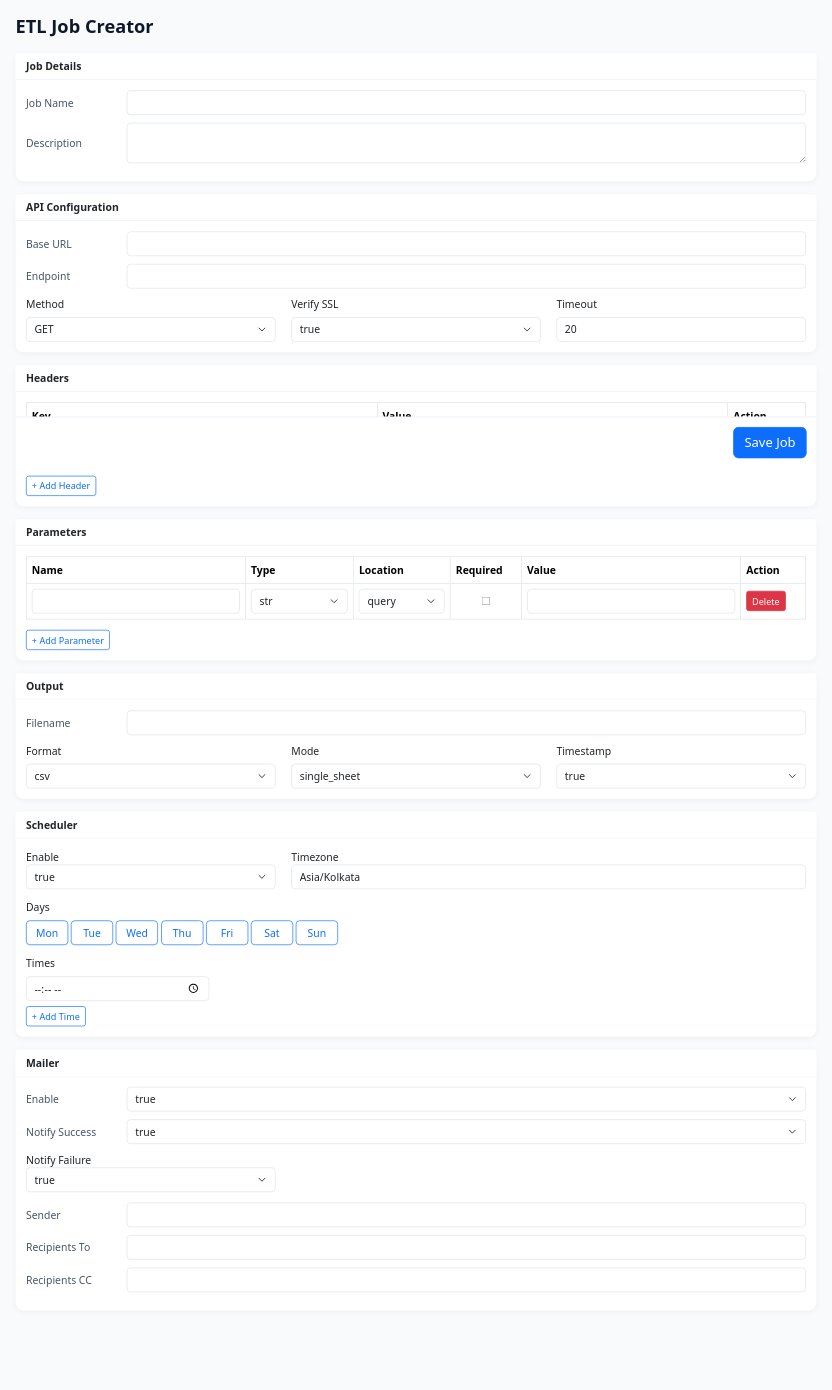
Repository: C0sCube/fetchapi
Page: example.html
The author's editor kept a copy of each file at every save. The page is drawn from the files as they stood at one save, then again after the next save.
The browser window is 1280 px wide. The pictures show the whole page, at 65% of full size.

Above is the page before, as saved 2026-06-09 23:34:35.

After the next save:
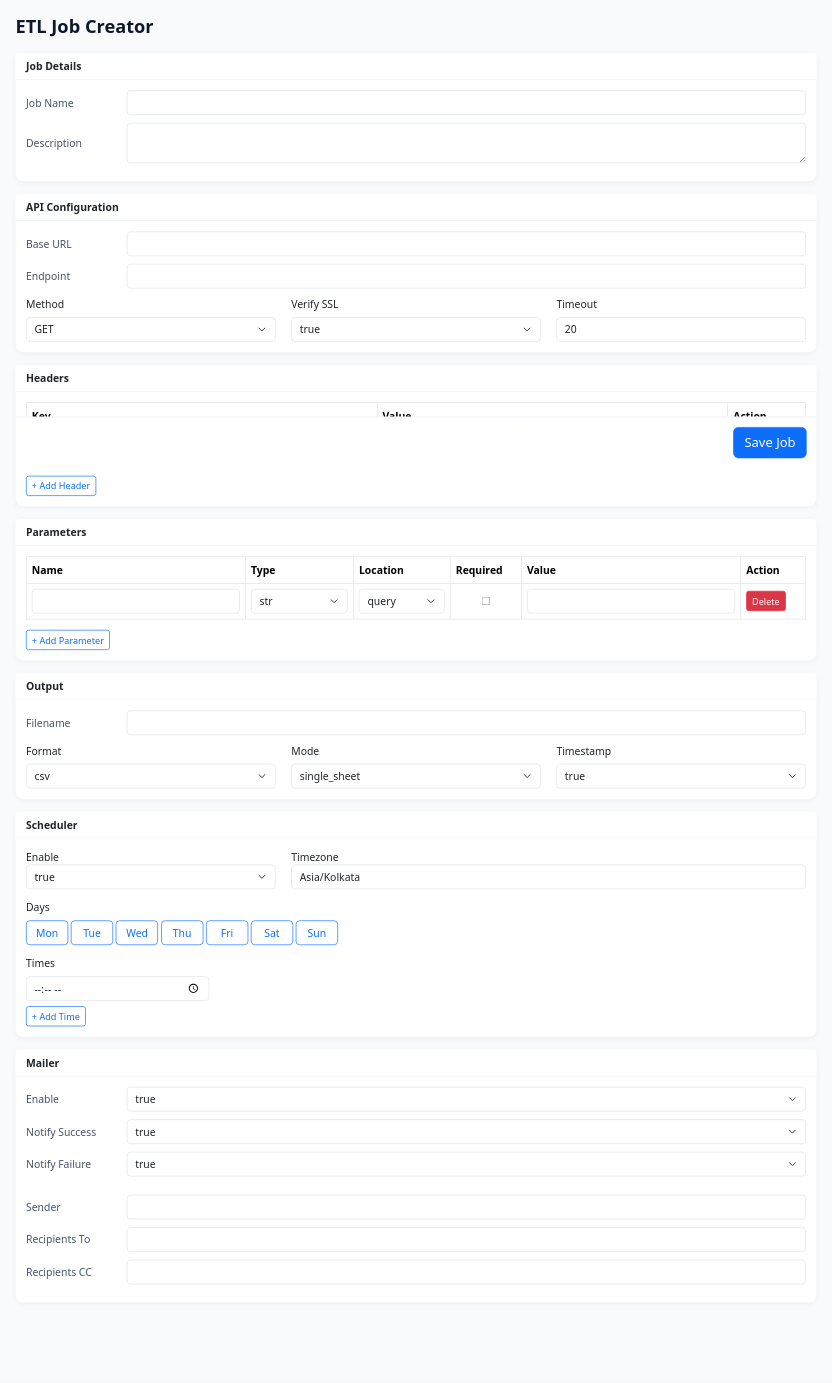
Saved 8 s later.
--- a/example.html
+++ b/example.html
@@ -462,8 +462,11 @@
                             <option>false</option>
                         </select>
                     </div>
-                    <div class="col-md-4">
-                        <label>Notify Failure</label>
+                    <div class="form-row">
+                        <label class="form-label-fixed">
+                            Notify Failure
+                        </label>
+
                         <select class="form-select">
                             <option>true</option>
                             <option>false</option>
